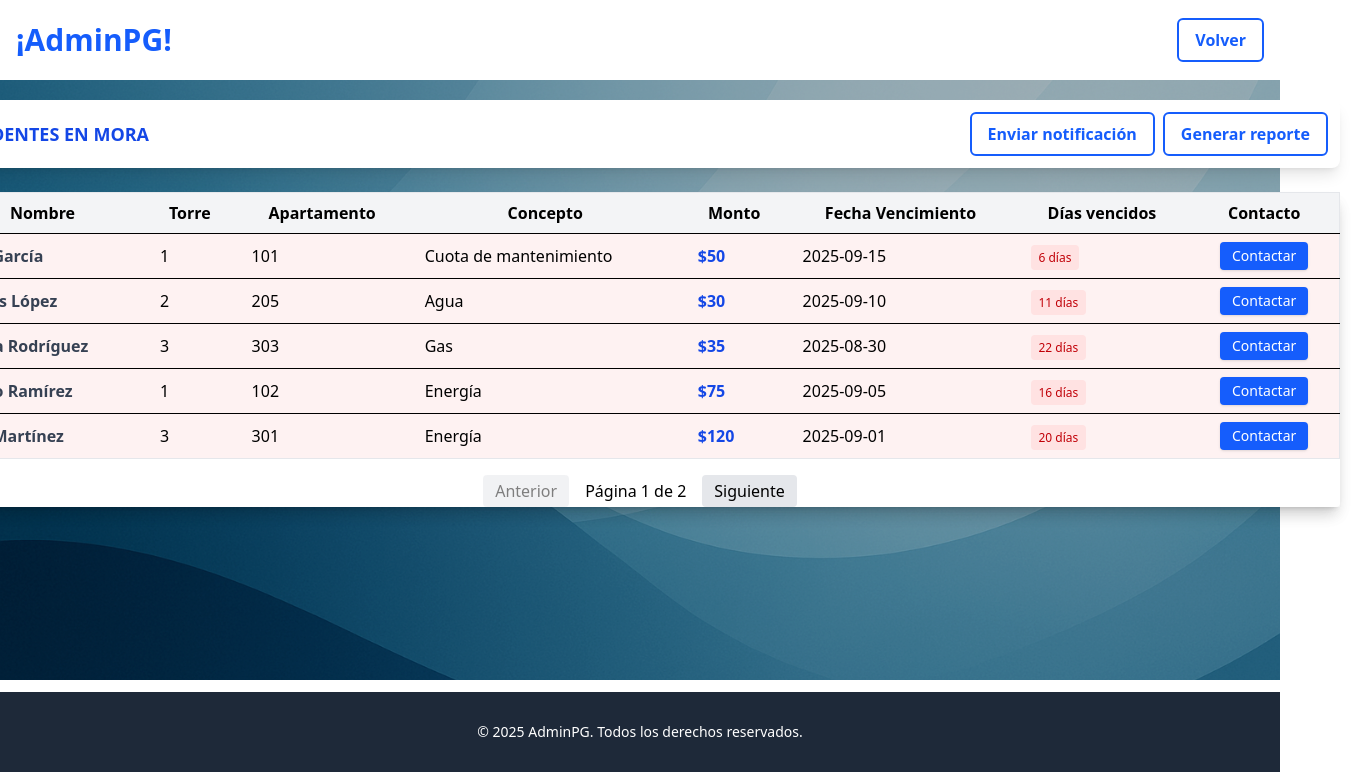
Repository: DeVelezz/AdminPG
Page: /mora (app in frontend/)
These files come from the project's save history. The page is drawn as it stood at one moment and after the next save; the edit follows.
The browser window is 1280 px wide. The page is 1360 px wide, so the pictures cover 1360 px, including what lies to the right of the window. The pictures show the whole page.
The page's requests for data from a server got no answer. The project was rebuilt for these pictures with package versions that can differ from the ones it lists, and the page was loaded fresh each time. Some packages were replaced by stand-ins written for this rebuild. No one was signed in, and anything a server would have sent is missing. Also part of the build but not shown: frontend/vite.config.js, frontend/src/components/Form.jsx, frontend/src/services/useService.js, frontend/src/components/FormRegistro.jsx, frontend/src/components/SectionImg.jsx, frontend/src/components/PageRegistro.jsx, frontend/src/components/Index.jsx, frontend/src/components/PageLogin.jsx and 4 more.

Above is the page before, as saved 2025-09-21 21:36:00.

### frontend/src/App.jsx
import './App.css';
import Swal from 'sweetalert2';
import PageRegistro from './components/PageRegistro';
import { Routes, Route } from 'react-router-dom';
import  Index  from './components/Index';
import  PageLogin  from './components/PageLogin';
import PageResidente from './components/PageResidente';
import PageAdmin from './components/PageAdmin';
import PageMora from './components/PageMora';
import PageActualizarInfo from './components/PageActualizarInfo';
import PageEditarUsuario from './components/PageEditarUsuario';

function App() {
  // const manejarClick = () => {
  //   Swal.fire({
  //     title: 'Buen traabjo',
  //     text: 'Has hecho clic en el botón',
  //     icon: 'success',
  //     confirmButtonText: 'Aceptar',
  //     confirmButtonColor: '#3085d6',
  //   });
  // }

  return (
    <>
      <div>
        <Routes>
          <Route path='/' element={
            <>
              <Index/>
            </>
          }/>

          <Route path='/registro' element={
            <>
              <PageRegistro/>
            </>
          }/>

          <Route path='/login' element={
            <>
              <PageLogin/>
            </>
          }/>

          <Route path='/residente' element={
            <>
              <PageResidente/>
            </>
          }/>

          <Route path='/admin' element={
            <>
              <PageAdmin/>
            </>
          }/>

          <Route path='/mora' element={
            <>
              <PageMora/>
            </>
          }/>

          <Route path='/actualizar' element={
            <>
              <PageActualizarInfo/>
            </>
          }/>

          <Route path='/editar-usuario' element={
            <>
              <PageEditarUsuario/>
            </>
          }/>

        </Routes>

      </div>
    </>

  )
}

export default App

### frontend/src/components/PageMora.jsx
import React, { useState } from "react";
import SectionHeader from "./SectionHeader";
import Logo from "./Logo";
import BotonSecundary from "./BotonSecundary";
import ImgFondo from "./ImgFondo";
import SectionFooter from "./SectionFooter";
import { FaPhone } from "react-icons/fa";
import { SiGmail, SiWhatsapp } from "react-icons/si";

export default function PageMora() {
    // Estado y lógica solo para datos reales
    const [residentesEnMora, setResidentesEnMora] = useState([]);
    const [loading, setLoading] = useState(true);
    const [paginaActual, setPaginaActual] = useState(1);
    const RESIDENTES_POR_PAGINA = 5;
    const [showContactMenu, setShowContactMenu] = useState(null);
    const [menuPosition, setMenuPosition] = useState({ x: 0, y: 0 });
    const hoy = new Date();

    React.useEffect(() => {
        fetch("/api/residentes-mora")
            .then(res => res.json())
            .then(data => {
                let procesados = data.map(residente =>
                    residente.servicios
                        .filter(servicio => !servicio.fechaPago)
                        .map(servicio => {
                            const vencimiento = new Date(servicio.fechaVencimiento);
                            const diasVencimiento = Math.floor((vencimiento - hoy) / (1000 * 60 * 60 * 24));
                            return {
                                key: `${residente.id}-${servicio.nombre}`,
                                nombre: residente.nombre,
                                torre: residente.torre,
                                apartamento: residente.apartamento,
                                concepto: servicio.nombre,
                                monto: servicio.monto,
                                fechaVencimiento: servicio.fechaVencimiento,
                                diasVencimiento,
                                estado: diasVencimiento < 0 ? "Pendiente" : "Por vencer",
                                telefono: residente.telefono,
                                email: residente.email
                            };
                        })
                ).flat();
                // Fallback temporal si la API responde vacío
                if (procesados.length === 0) {
                    procesados = [
                        {
                            key: 'demo1', nombre: 'Ana García', torre: '1', apartamento: '101', concepto: 'Cuota de mantenimiento', monto: 50, fechaVencimiento: '2025-09-15', diasVencimiento: -6, estado: 'Pendiente', telefono: '321-555-0101', email: 'ana.garcia@email.com'
                        },
                        {
                            key: 'demo2', nombre: 'Carlos López', torre: '2', apartamento: '205', concepto: 'Agua', monto: 30, fechaVencimiento: '2025-09-10', diasVencimiento: -11, estado: 'Pendiente', telefono: '321-555-0205', email: 'carlos.lopez@email.com'
                        },
                        {
                            key: 'demo3', nombre: 'María Rodríguez', torre: '3', apartamento: '303', concepto: 'Gas', monto: 35, fechaVencimiento: '2025-08-30', diasVencimiento: -22, estado: 'Pendiente', telefono: '321-555-0303', email: 'maria.rodriguez@email.com'
                        },
                        {
                            key: 'demo4', nombre: 'Pedro Ramírez', torre: '1', apartamento: '102', concepto: 'Energía', monto: 75, fechaVencimiento: '2025-09-05', diasVencimiento: -16, estado: 'Pendiente', telefono: '321-555-0102', email: 'pedro@email.com'
                        },
                        {
                            key: 'demo5', nombre: 'Ana Martínez', torre: '3', apartamento: '301', concepto: 'Energía', monto: 120, fechaVencimiento: '2025-09-01', diasVencimiento: -20, estado: 'Pendiente', telefono: '321-555-0301', email: 'ana@email.com'
                        },
                        {
                            key: 'demo6', nombre: 'Luis Hernández', torre: '4', apartamento: '404', concepto: 'Cuota de mantenimiento', monto: 150, fechaVencimiento: '2025-08-15', diasVencimiento: -34, estado: 'Pendiente', telefono: '321-555-0404', email: 'luis@email.com'
                        },
                        {
                            key: 'demo7', nombre: 'Sofía Torres', torre: '2', apartamento: '210', concepto: 'Gas', monto: 40, fechaVencimiento: '2025-09-12', diasVencimiento: -9, estado: 'Pendiente', telefono: '321-555-0210', email: 'sofia@email.com'
                        },
                        {
                            key: 'demo8', nombre: 'Miguel Díaz', torre: '1', apartamento: '110', concepto: 'Agua', monto: 60, fechaVencimiento: '2025-09-08', diasVencimiento: -13, estado: 'Pendiente', telefono: '321-555-0110', email: 'miguel@email.com'
                        },
                        {
                            key: 'demo9', nombre: 'Laura Gómez', torre: '3', apartamento: '320', concepto: 'Cuota de mantenimiento', monto: 80, fechaVencimiento: '2025-09-03', diasVencimiento: -18, estado: 'Pendiente', telefono: '321-555-0320', email: 'laura@email.com'
                        },
                        {
                            key: 'demo10', nombre: 'Andrés Ruiz', torre: '2', apartamento: '215', concepto: 'Energía', monto: 95, fechaVencimiento: '2025-08-28', diasVencimiento: -24, estado: 'Pendiente', telefono: '321-555-0215', email: 'andres@email.com'
                        }
                    ];
                }
                setResidentesEnMora(procesados);
                setLoading(false);
            })
            .catch(() => {
                // Si hay error, también mostrar datos de prueba
                setResidentesEnMora([
                    {
                        key: 'demo1', nombre: 'Ana García', torre: '1', apartamento: '101', concepto: 'Cuota de mantenimiento', monto: 50, fechaVencimiento: '2025-09-15', diasVencimiento: -6, estado: 'Pendiente', telefono: '321-555-0101', email: 'ana.garcia@email.com'
                    },
                    {
                        key: 'demo2', nombre: 'Carlos López', torre: '2', apartamento: '205', concepto: 'Agua', monto: 30, fechaVencimiento: '2025-09-10', diasVencimiento: -11, estado: 'Pendiente', telefono: '321-555-0205', email: 'carlos.lopez@email.com'
                    },
                    {
                        key: 'demo3', nombre: 'María Rodríguez', torre: '3', apartamento: '303', concepto: 'Gas', monto: 35, fechaVencimiento: '2025-08-30', diasVencimiento: -22, estado: 'Pendiente', telefono: '321-555-0303', email: 'maria.rodriguez@email.com'
                    },
                    {
                        key: 'demo4', nombre: 'Pedro Ramírez', torre: '1', apartamento: '102', concepto: 'Energía', monto: 75, fechaVencimiento: '2025-09-05', diasVencimiento: -16, estado: 'Pendiente', telefono: '321-555-0102', email: 'pedro@email.com'
                    },
                    {
                        key: 'demo5', nombre: 'Ana Martínez', torre: '3', apartamento: '301', concepto: 'Energía', monto: 120, fechaVencimiento: '2025-09-01', diasVencimiento: -20, estado: 'Pendiente', telefono: '321-555-0301', email: 'ana@email.com'
                    },
                    {
                        key: 'demo6', nombre: 'Luis Hernández', torre: '4', apartamento: '404', concepto: 'Cuota de mantenimiento', monto: 150, fechaVencimiento: '2025-08-15', diasVencimiento: -34, estado: 'Pendiente', telefono: '321-555-0404', email: 'luis@email.com'
                    },
                    {
                        key: 'demo7', nombre: 'Sofía Torres', torre: '2', apartamento: '210', concepto: 'Gas', monto: 40, fechaVencimiento: '2025-09-12', diasVencimiento: -9, estado: 'Pendiente', telefono: '321-555-0210', email: 'sofia@email.com'
                    },
                    {
                        key: 'demo8', nombre: 'Miguel Díaz', torre: '1', apartamento: '110', concepto: 'Agua', monto: 60, fechaVencimiento: '2025-09-08', diasVencimiento: -13, estado: 'Pendiente', telefono: '321-555-0110', email: 'miguel@email.com'
                    },
                    {
                        key: 'demo9', nombre: 'Laura Gómez', torre: '3', apartamento: '320', concepto: 'Cuota de mantenimiento', monto: 80, fechaVencimiento: '2025-09-03', diasVencimiento: -18, estado: 'Pendiente', telefono: '321-555-0320', email: 'laura@email.com'
                    },
                    {
                        key: 'demo10', nombre: 'Andrés Ruiz', torre: '2', apartamento: '215', concepto: 'Energía', monto: 95, fechaVencimiento: '2025-08-28', diasVencimiento: -24, estado: 'Pendiente', telefono: '321-555-0215', email: 'andres@email.com'
                    }
                ]);
                setLoading(false);
            });
    }, []);

    // Paginación
    const totalPaginas = Math.ceil(residentesEnMora.length / RESIDENTES_POR_PAGINA);
    const residentesPagina = residentesEnMora.slice((paginaActual - 1) * RESIDENTES_POR_PAGINA, paginaActual * RESIDENTES_POR_PAGINA);

    const handleContactar = (residente, telefono, email, accion) => {
        switch(accion) {
            case 'llamar':
                window.open(`tel:${telefono}`);
                break;
            case 'email':
                window.open(`mailto:${email}?subject=Recordatorio de pago pendiente&body=Estimado/a ${residente},%0A%0ATiene un pago pendiente. Por favor póngase al día con sus cuotas.%0A%0ASaludos,%0AAdministración`);
                break;
            case 'whatsapp':
                window.open(`https://wa.me/${telefono.replace(/[^0-9]/g, '')}?text=Hola ${residente}, tiene un pago pendiente. Por favor póngase al día con sus cuotas.`);
                break;
        }
        setShowContactMenu(null);
    };

    const handleShowMenu = (menuId, event) => {
        const rect = event.target.getBoundingClientRect();
        setMenuPosition({
            x: rect.left + (rect.width / 2) - 60,
            y: rect.top + (rect.height / 2) - 60
        });
        setShowContactMenu(showContactMenu === menuId ? null : menuId);
    };

    const ContactMenu = ({ residente, telefono, email }) => (
        <div
            className="fixed bg-white border border-gray-300 rounded shadow-lg p-2 z-50"
            style={{
                left: menuPosition.x,
                top: menuPosition.y
            }}
        >
            <button
                className="flex items-center w-full text-left px-3 py-2 hover:bg-gray-300 rounded text-sm"
                onClick={() => handleContactar(residente, telefono, email, 'llamar')}
            >
                <FaPhone className="mr-2 text-blue-600" />
                Llamar
            </button>
            <button
                className="flex items-center w-full text-left px-3 py-2 hover:bg-gray-300 rounded text-sm"
                onClick={() => handleContactar(residente, telefono, email, 'email')}
            >
                <SiGmail className="mr-2 text-red-500" />
                Gmail
            </button>
            <button
                className="flex items-center w-full text-left px-3 py-2 hover:bg-gray-300 rounded text-sm"
                onClick={() => handleContactar(residente, telefono, email, 'whatsapp')}
            >
                <SiWhatsapp className="mr-2 text-green-500" />
                WhatsApp
            </button>
        </div>
    );

    return (
        <div className="min-h-screen flex flex-col relative" onClick={() => setShowContactMenu(null)}>
            <SectionHeader>
                <Logo />
                <BotonSecundary textoBtn="Volver" onClick={() => window.location.href = "/admin"} />
            </SectionHeader>
            <main className="flex-1 relative">
                <ImgFondo>
                    <img src="/img/imagen.png" alt="Imagen de fondo" className="w-full h-full object-cover brightness-75 absolute inset-0" />
                    <div className="relative z-10 p-5">
                        <div className="justify-between bg-white p-3 rounded-lg shadow-lg w-350 flex flex-row items-center">
                            <p className="font-bold text-blue-700 text-lg">RESIDENTES EN MORA</p>
                            <div className="flex gap-2 justify-between">
                                <BotonSecundary textoBtn="Enviar notificación" onClick={() => alert("Notificación enviada")} />
                                <BotonSecundary textoBtn="Generar reporte" onClick={() => alert("Generando reporte...")} />
                            </div>
                        </div>
                        {/* TABLA DE RESIDENTES EN MORA */}
                        <div className="shadow-lg mt-6">
                            <div className="bg-white shadow-lg rounded">
                                {loading ? (
                                    <div className="text-center py-8">Cargando datos...</div>
                                ) : residentesEnMora.length === 0 ? (
                                    <div className="text-center py-8">No hay residentes en mora.</div>
                                ) : (
                                    <div className="overflow-x-auto">
                                        <table className="min-w-full bg-white border border-gray-200 rounded-lg">
                                            <thead>
                                                <tr className="bg-gray-100">
                                                    <th className="px-4 py-2">Nombre</th>
                                                    <th className="px-4 py-2">Torre</th>
                                                    <th className="px-4 py-2">Apartamento</th>
                                                    <th className="px-4 py-2">Concepto</th>
                                                    <th className="px-4 py-2">Monto</th>
                                                    <th className="px-4 py-2">Fecha Vencimiento</th>
                                                    <th className="px-4 py-2">Días vencidos</th>
                                                    <th className="px-4 py-2">Contacto</th>
                                                </tr>
                                            </thead>
                                            <tbody>
                                                {residentesPagina.map((residente) => (
                                                    <tr key={residente.key} className={`border-t hover:bg-gray-50 cursor-pointer transition-colors ${residente.estado === "Pendiente" ? "bg-red-50" : ""}`}>
                                                        <td className="px-4 py-2 font-semibold text-gray-700">{residente.nombre}</td>
                                                        <td className="px-4 py-2">{residente.torre}</td>
                                                        <td className="px-4 py-2">{residente.apartamento}</td>
                                                        <td className="px-4 py-2">{residente.concepto}</td>
                                                        <td className="px-4 py-2 font-bold text-blue-700">${residente.monto}</td>
                                                        <td className="px-4 py-2">{residente.fechaVencimiento}</td>
                                                        <td className="px-4 py-2">
                                                            <span className={`text-xs px-2 py-1 rounded ${residente.diasVencimiento < 0 ? 'bg-red-100 text-red-700' : 'bg-yellow-100 text-yellow-800'}`}>
                                                                {residente.diasVencimiento < 0 ? `${Math.abs(residente.diasVencimiento)} días` : `${residente.diasVencimiento} días`}
                                                            </span>
                                                        </td>
                                                        <td className="px-4 py-2 text-center relative">
                                                            <button
                                                                className="px-3 py-1 bg-blue-600 text-white text-sm rounded shadow hover:bg-blue-700"
                                                                onClick={(e) => { e.stopPropagation(); handleShowMenu(residente.key, e); }}
                                                            >
                                                                Contactar
                                                            </button>
                                                            {showContactMenu === residente.key && (
                                                                <ContactMenu residente={residente.nombre} telefono={residente.telefono} email={residente.email} />
                                                            )}
                                                        </td>
                                                    </tr>
                                                ))}
                                            </tbody>
                                        </table>
                                        {/* Paginación */}
                                        <div className="flex justify-center items-center mt-4 gap-2">
                                            <button
                                                className="px-3 py-1 bg-gray-200 rounded disabled:opacity-50"
                                                onClick={() => setPaginaActual(p => Math.max(1, p - 1))}
                                                disabled={paginaActual === 1}
                                            >Anterior</button>
                                            <span className="px-2">Página {paginaActual} de {totalPaginas}</span>
                                            <button
                                                className="px-3 py-1 bg-gray-200 rounded disabled:opacity-50"
                                                onClick={() => setPaginaActual(p => Math.min(totalPaginas, p + 1))}
                                                disabled={paginaActual === totalPaginas}
                                            >Siguiente</button>
                                        </div>
                                    </div>
                                )}
                            </div>
                        </div>
                    </div>
                </ImgFondo>
            </main>
            <SectionFooter />
        </div>
    );
}

### frontend/src/components/ImgFondo.jsx
import React from "react";

function ImgFondo({children}) {
    return(
        <section className="w-auto h-150 bg-cover bg-center flex justify-center relative">
            {children}
        </section>
    );
}

export default ImgFondo;

### frontend/src/components/SectionHeader.jsx
import React from "react";

function SectionHeader({children}){
    return(
        <header className="w-full h-20 bg-white justify-between items-center flex p-4 relative z-10">
            {children}
        </header>
    );
}

export default SectionHeader;

### frontend/src/components/Logo.jsx
import React from "react";

function Logo({ redirectTo = "/admin" }) {
    const handleLogoClick = () => {
        window.location.href = redirectTo;
    };

    return (
        <p
            className="text-blue-600 font-bold text-3xl cursor-pointer hover:text-blue-800 transition-colors"
            onClick={handleLogoClick}
        >
            ¡AdminPG!
        </p>
    );
}

export default Logo;

### frontend/src/components/BotonSecundary.jsx
import React from "react";

function BotonSecundary({ textoBtn, onClick }) {
    return (
        <button
            onClick={onClick}
            className="text-blue-600 font-semibold px-4 py-2 rounded-md border-2 border-blue-600 bg-white hover:bg-blue-600 hover:text-white hover:shadow-xl/20 transition delay-150 duration-300 ease-in-out hover:-translate-y-1 hover:scale-110">
            {textoBtn}
        </button>
    );
}

export default BotonSecundary;

### frontend/src/components/SectionFooter.jsx
import React from "react";

function SectionFooter(){
    return(
        <footer className="w-full h-20 bg-gray-800 text-white flex justify-center items-center mt-3">
            <p className="text-sm">© 2025 AdminPG. Todos los derechos reservados.</p>
        </footer>
    );
}

export default SectionFooter;

Loaded but not shown: frontend/index.html (common file); frontend/src/main.jsx (common file); frontend/src/index.css (common file); frontend/src/App.css (common file)

After the next save:
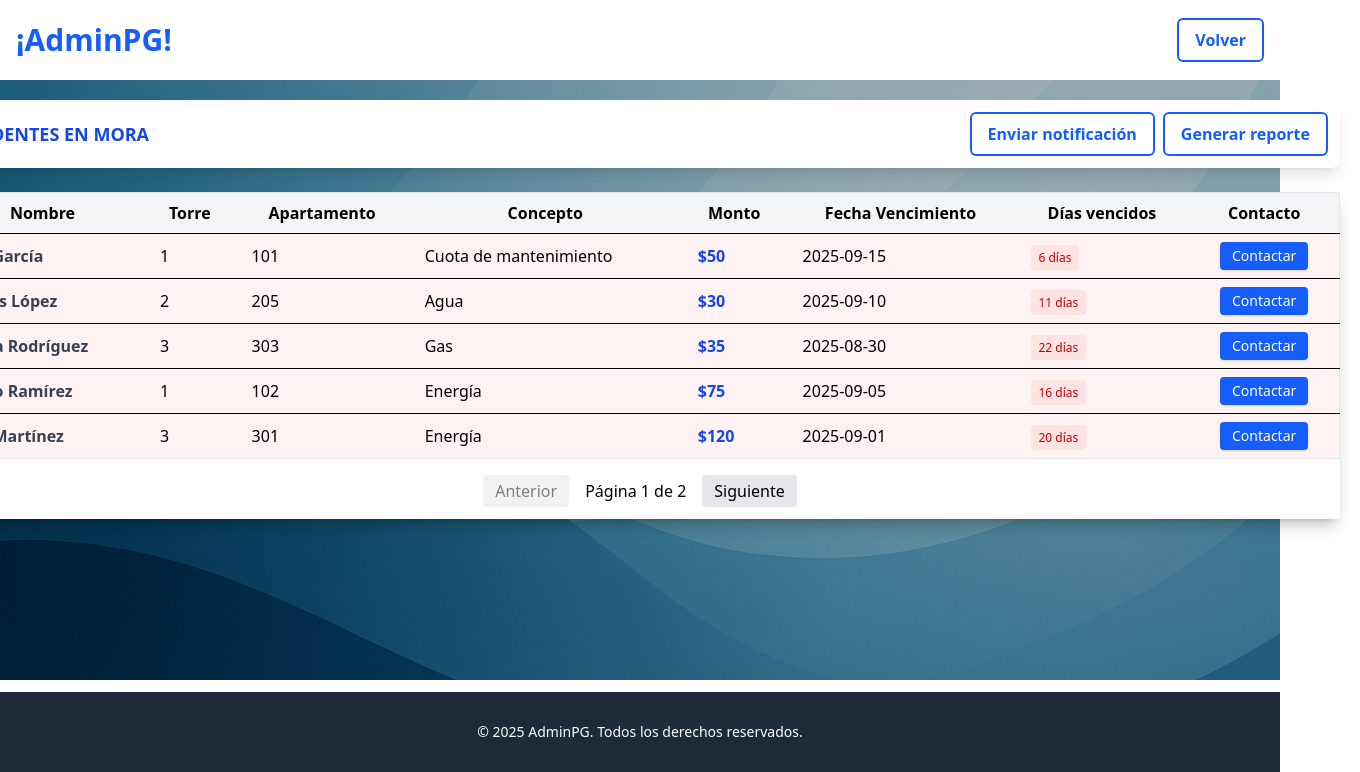
Saved 66 s later.
--- a/frontend/src/components/PageMora.jsx
+++ b/frontend/src/components/PageMora.jsx
@@ -260,6 +260,7 @@ export default function PageMora() {
                                                 disabled={paginaActual === totalPaginas}
                                             >Siguiente</button>
                                         </div>
+                                        <div className="mb-3"></div>
                                     </div>
                                 )}
                             </div>
